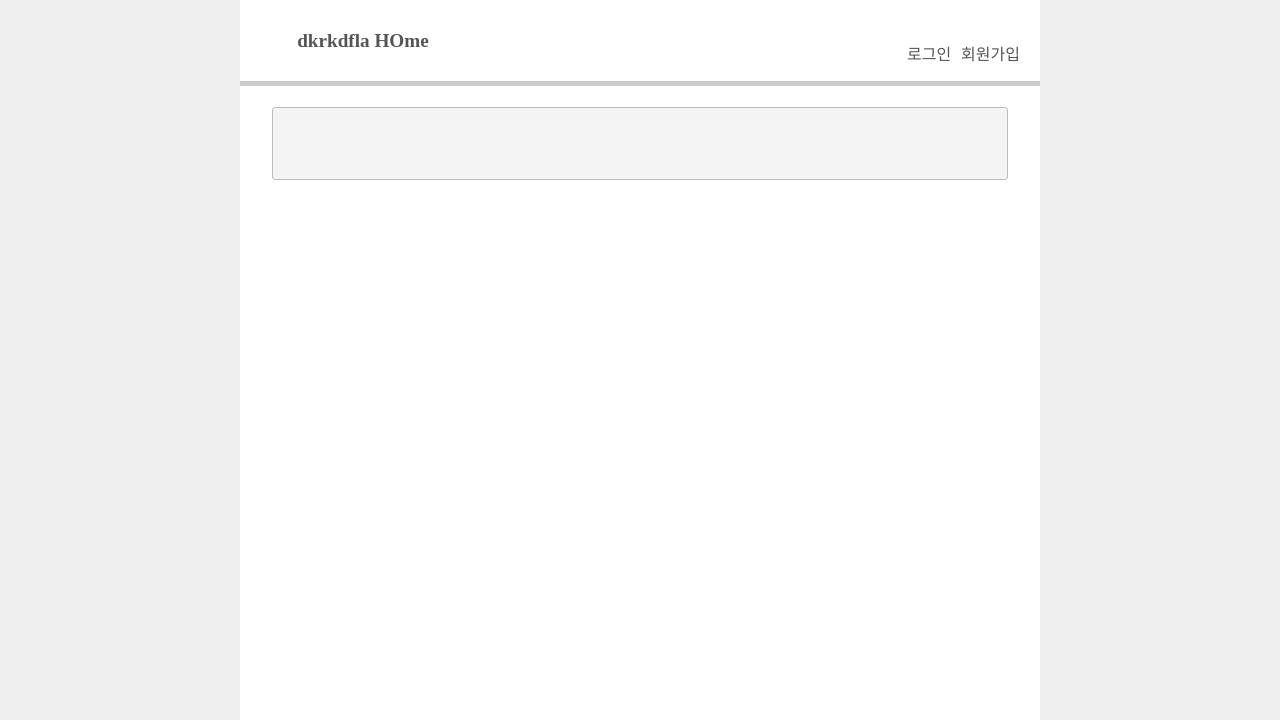
Repository: Dusajang/JSPClass
Page: jspPro/src/main/webapp/days01/ex01.html
These files come from the project's save history. The page is drawn as it stood at one moment and after the next save; the edit follows.
The browser window is 1280 px wide. The pictures show the whole page.
Some web fonts or font styles are not loaded; a fallback is used.

Above is the page before, as saved 2024-10-15 02:09:52.

After the next save:
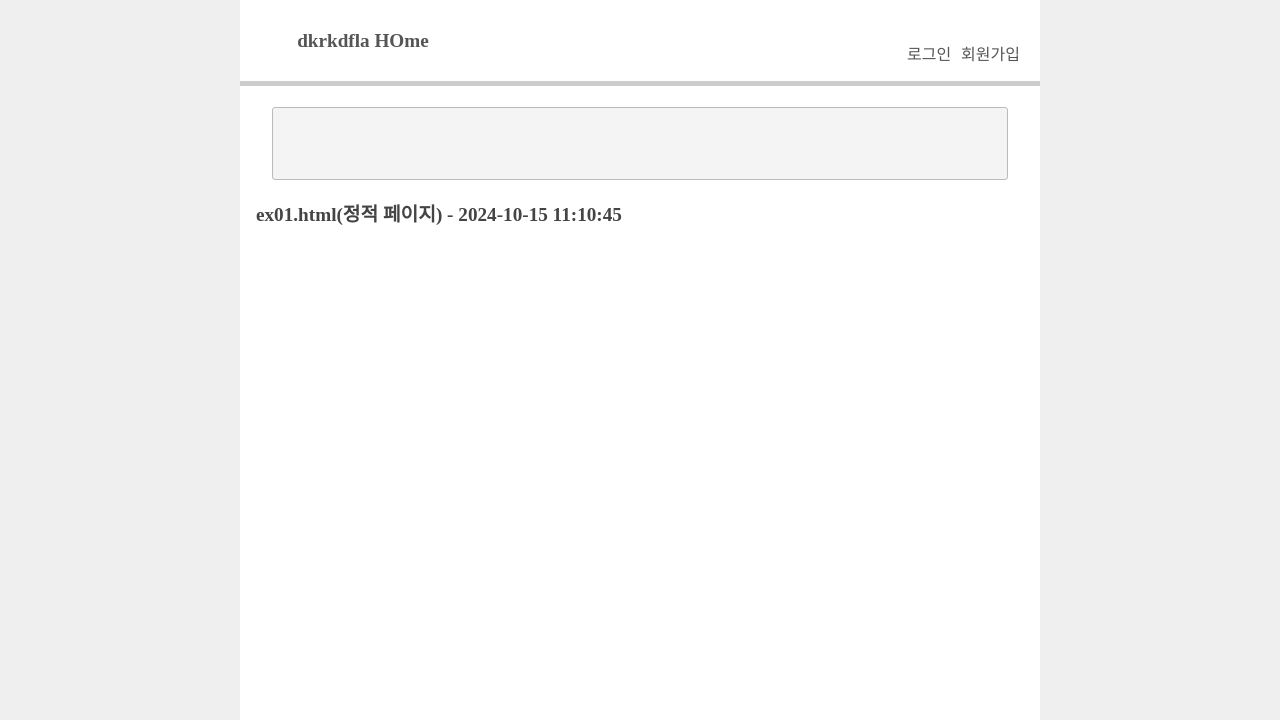
Saved 71 s later.
--- a/jspPro/src/main/webapp/days01/ex01.html
+++ b/jspPro/src/main/webapp/days01/ex01.html
@@ -26,6 +26,8 @@
   <xmp class="code">
 
   </xmp>
+
+  <h3>ex01.html(정적 페이지) - 2024-10-15 11:10:45</h3>
 </div>
 </body>
 </html>
